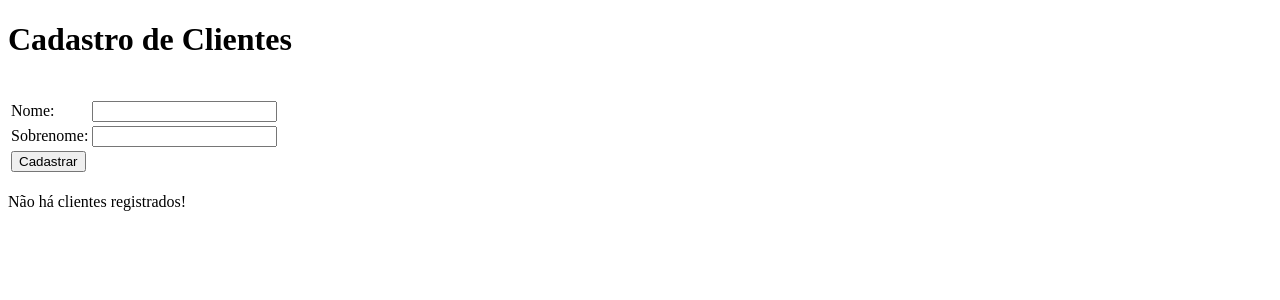
Repository: nandolupe/fiap-pos
Page: http://localhost/artigostruts13/cliente.do
These files come from the project's save history. The page is drawn as it stood at one moment and after the next save; the edit follows.
The browser window is 1280 px wide. The pictures show the whole page.
The page is served by Tomcat 9.

Above is the page before, as saved 2014-08-22 02:25:06.

After the next save:
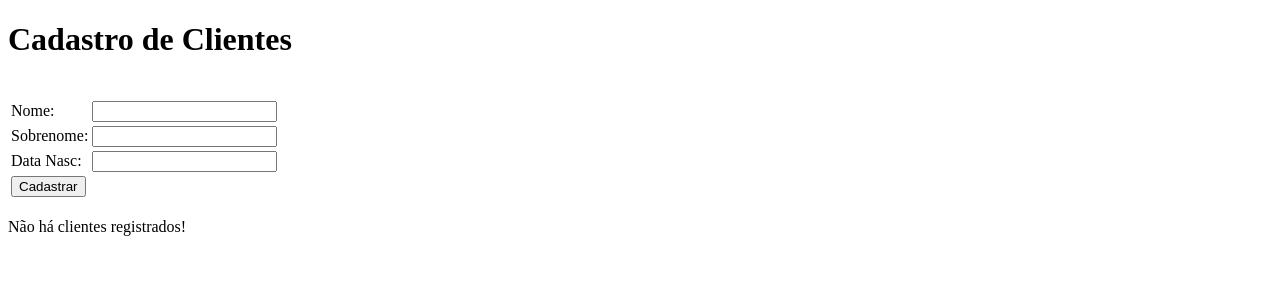
Saved 30 s later.
--- a/workspace-artigo-web/artigostruts13/WebContent/cadastroCliente.jsp
+++ b/workspace-artigo-web/artigostruts13/WebContent/cadastroCliente.jsp
@@ -34,6 +34,10 @@ function remover(idCliente) {
 				<td><html:text property="sobrenome" /></td>
 			</tr>
 			<tr>
+				<td>Data Nasc:</td>
+				<td><html:text property="dtNasc" /></td>
+			</tr>
+			<tr>
 				<td colspan="2"><input type="button" value="Cadastrar" onclick="cadastrar()" /></td>
 			</tr>
 		</table>
